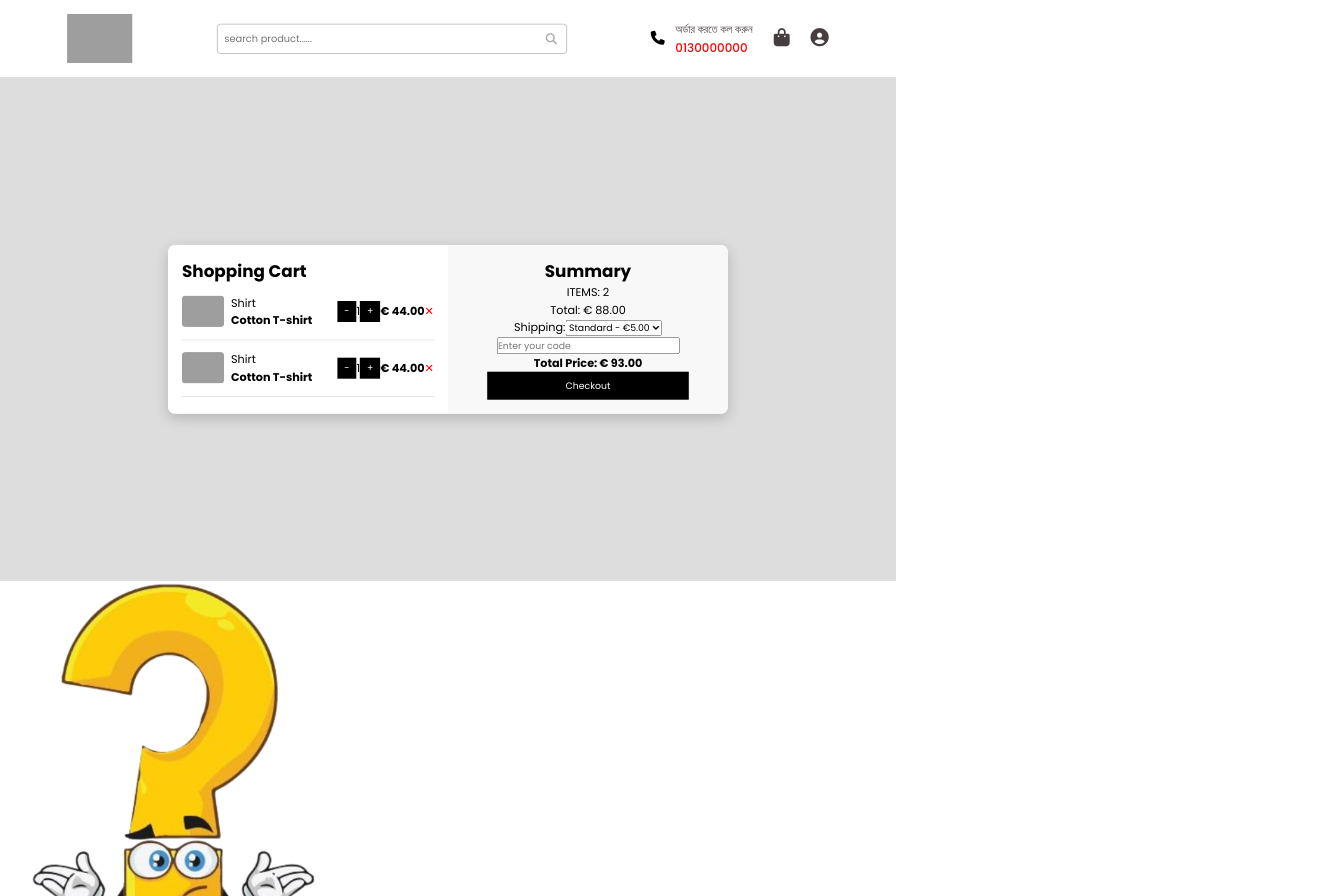
Repository: saifscripts/accessories-mart
Page: /cart
These files come from the project's save history. The page is drawn as it stood at one moment and after a run of saves; the edit follows.
The browser window is 1280 px wide. The page is 3000 px wide, so the pictures cover 1920 px, including what lies to the right of the window. The pictures show the part of the page from y = 0 to 1280 px (the page is 7972 px tall), at 70% of full size.
Pictures or frames that could not be fetched are drawn as grey boxes. The page's requests for data from a server got no answer. The project was rebuilt for these pictures with package versions that can differ from the ones it lists, and the page was loaded fresh each time. No one was signed in, and anything a server would have sent is missing. Also part of the build but not shown: vite.config.js, src/App.jsx, src/components/Hero.jsx, src/components/Products.jsx, src/components/Loader.jsx, src/components/ProductSection.jsx, src/components/ProductsByClass.jsx, src/pages/Home.jsx and 2 more. Imported but missing from the stored project, and not drawn on this page: src/context/CartContext.

Above is the page before, as saved 2025-03-17 01:50:35.

After the next 2 saves:
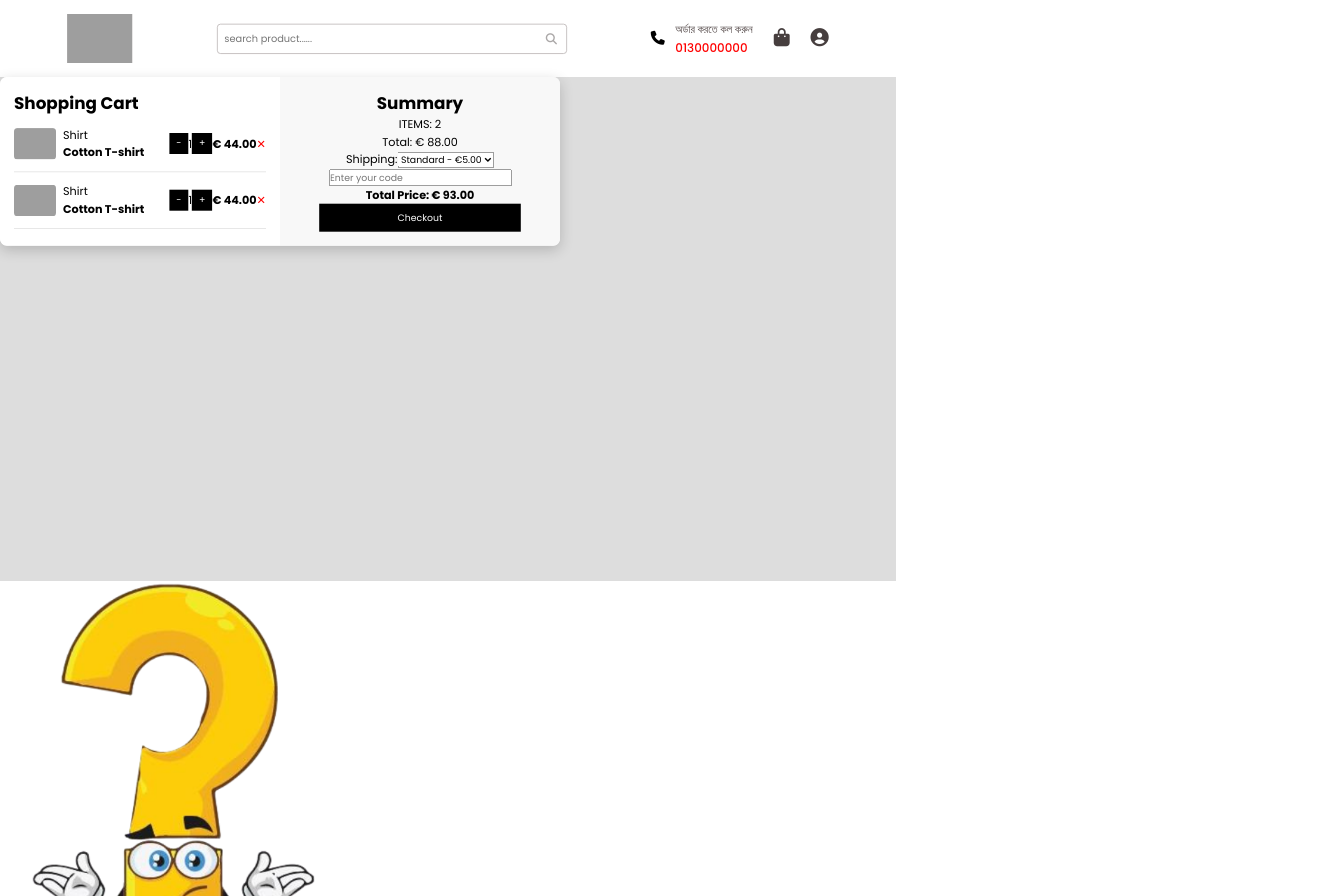
The 2 saves are shown as one change because they came seconds apart.
The last was saved 10 s later.
--- a/src/index.css
+++ b/src/index.css
@@ -1016,11 +1016,6 @@ header {
 .cart-section {
   font-family: Arial, sans-serif;
   background: #ddd;
-  margin: 0;
-  padding: 0;
-  display: flex;
-  justify-content: center;
-  align-items: center;
   min-height: 100vh;
   width: 100%;
 }
